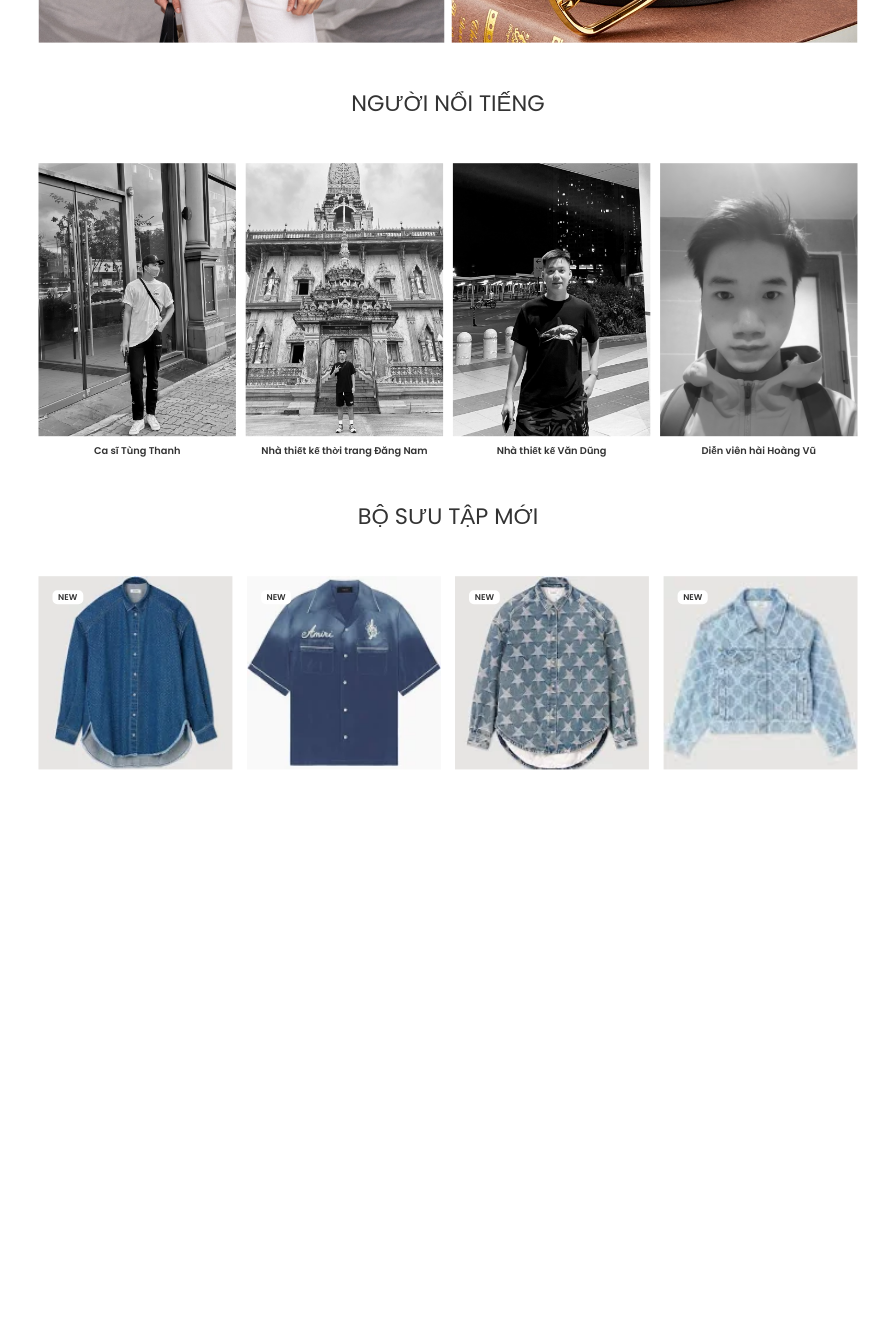
Repository: hoang28092000/kinsmanClothes
Page: index.html
The author's editor kept a copy of each file at every save. The page is drawn from the files as they stood at one save, then again after the next save.
The browser window is 1280 px wide. The pictures show the part of the page from y = 1293 to 3213 px (the page is 5080 px tall), at 70% of full size.

Above is the page before, as saved 2025-05-07 01:01:44.

After the next save:
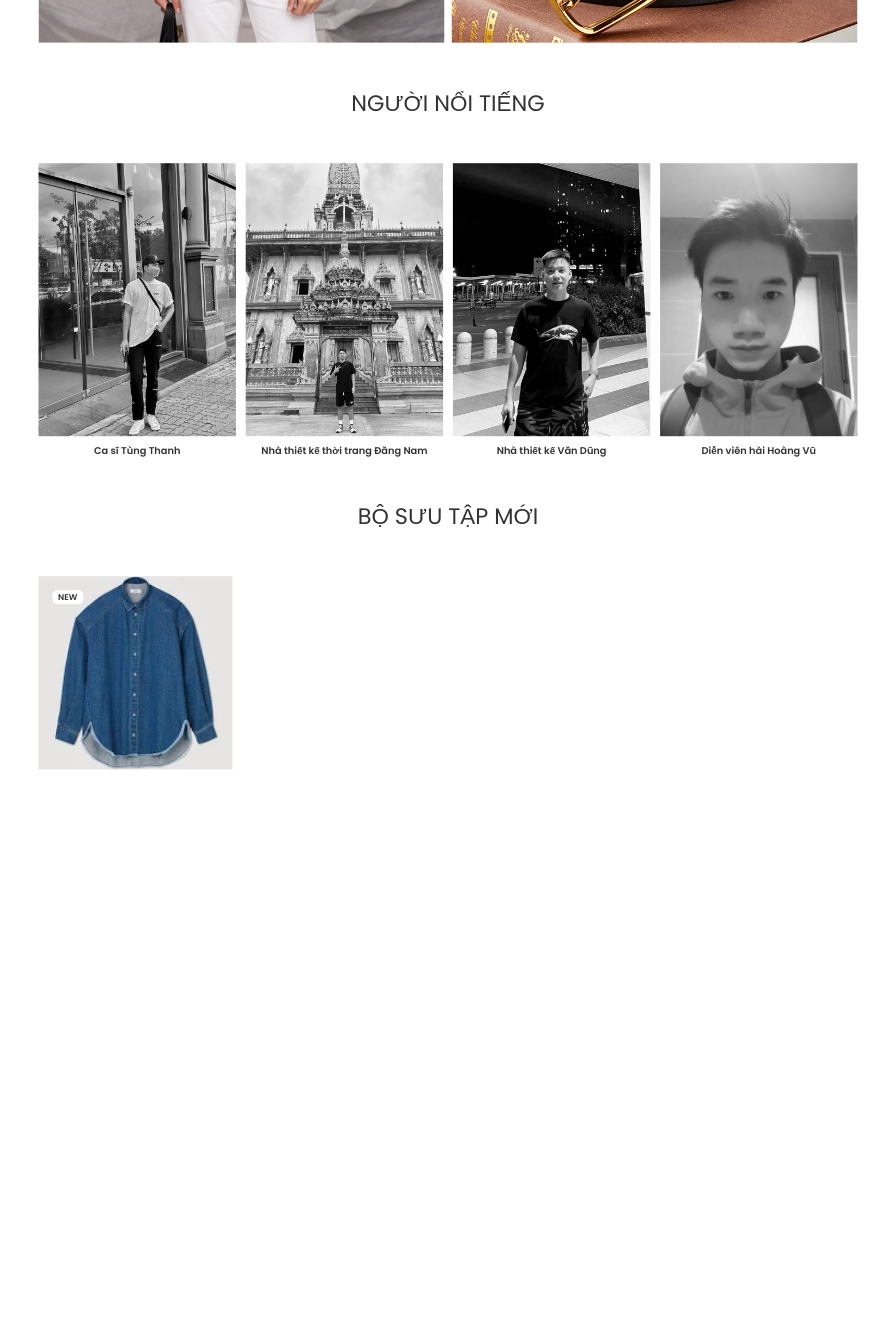
Saved 5 s later.
--- a/index.html
+++ b/index.html
@@ -136,18 +136,7 @@
                     <p>NEW</p>
                 </div>
             </a>
-            <div class="item-collection">
-                <img src="./asset/image/j-5.webp" alt="this is collection">
-                <p>NEW</p>
-            </div>
-            <div class="item-collection">
-                <img src="./asset/image/j-6.webp" alt="this is collection">
-                <p>NEW</p>
-            </div>
-            <div class="item-collection">
-                <img src="./asset/image/j-7.webp" alt="this is collection">
-                <p>NEW</p>
-            </div>
+
           </div>
         </section>
       </div>

After the 4 saves that followed:
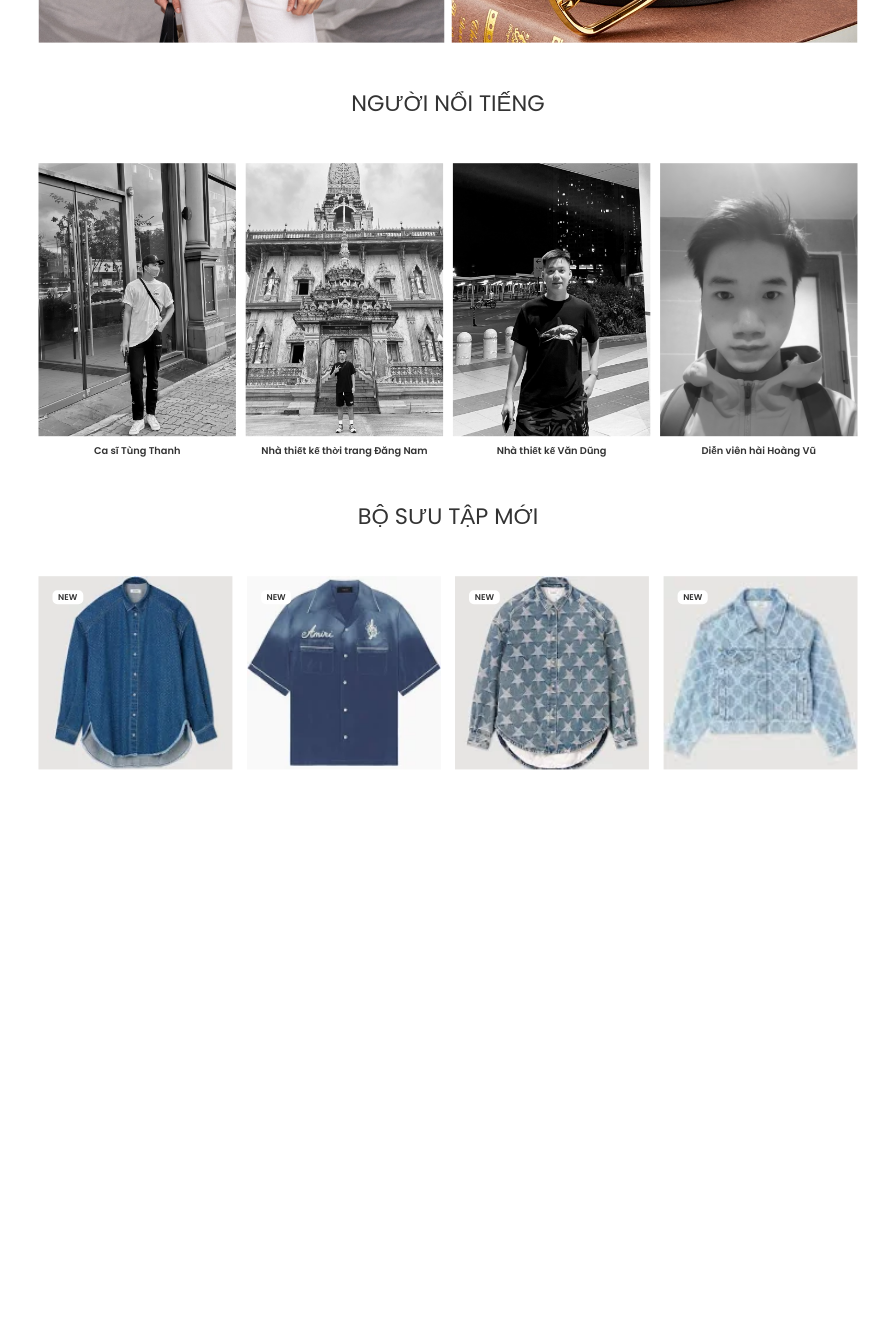
The 4 saves are shown as one change because they came seconds apart.
The last was saved 13 s later.
--- a/index.html
+++ b/index.html
@@ -136,6 +136,24 @@
                     <p>NEW</p>
                 </div>
             </a>
+            <a href="">
+                <div class="item-collection">
+                    <img src="./asset/image/j-5.webp" alt="this is collection">
+                    <p>NEW</p>
+                </div>
+            </a>
+            <a href="">
+                <div class="item-collection">
+                    <img src="./asset/image/j-6.webp" alt="this is collection">
+                    <p>NEW</p>
+                </div>
+            </a>
+            <a href="">
+                <div class="item-collection">
+                    <img src="./asset/image/j-7.webp" alt="this is collection">
+                    <p>NEW</p>
+                </div>
+            </a>
 
           </div>
         </section>
